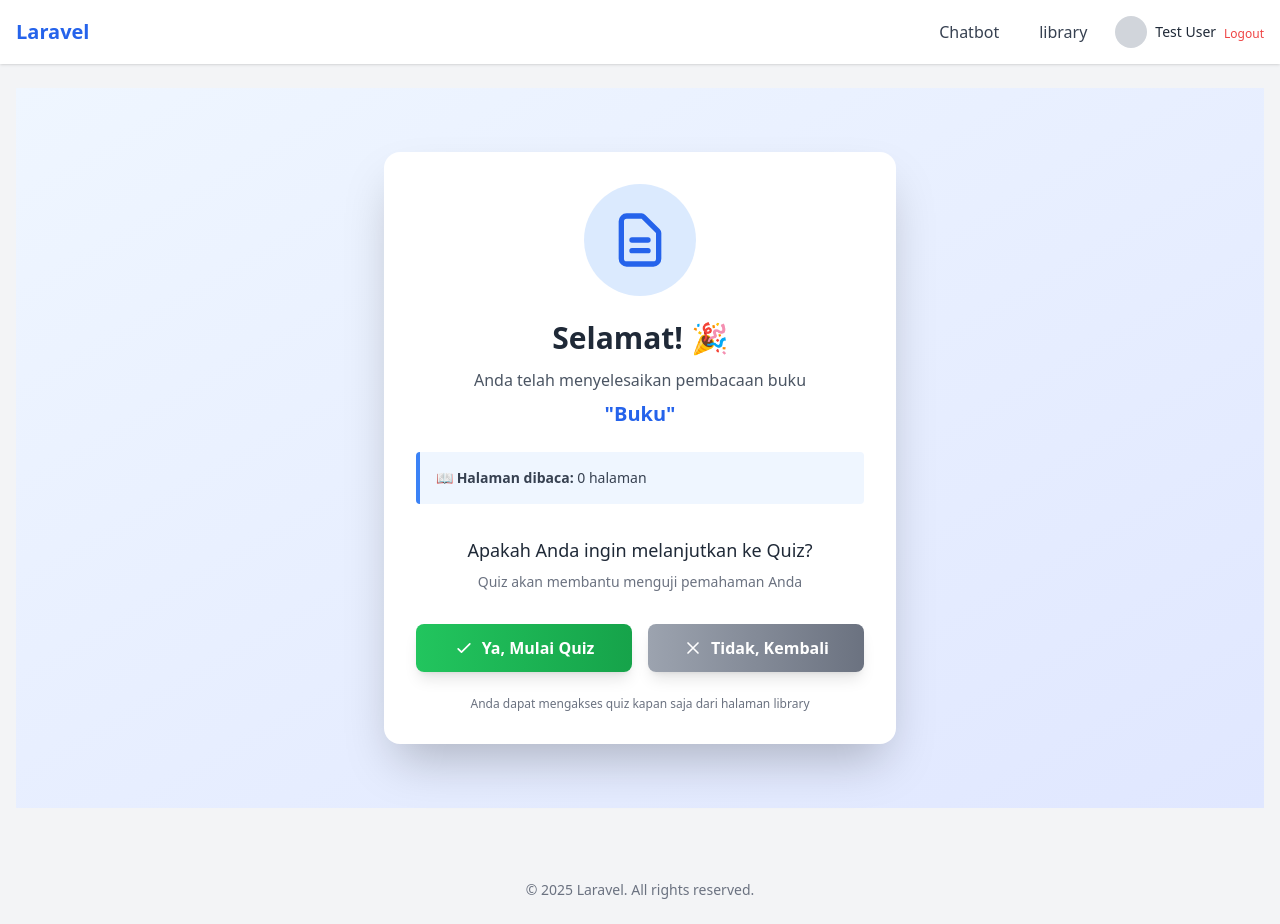
Repository: daffa-alif/lomba-NeuroGamy
Page: http://localhost/quiz/confirmation
The author's editor kept a copy of each file at every save. The page is drawn from the files as they stood at one save, then again after a run of saves.
The browser window is 1280 px wide. The pictures show the whole page.
Some web libraries are served in a nearby version. The page is served by the project's Laravel application, run on PHP 8.4 with Laravel 12. A made-up administrator, Test User (test@example.com), is signed in.

Above is the page before, as saved 2025-10-02 00:35:35.

After the next 3 saves:
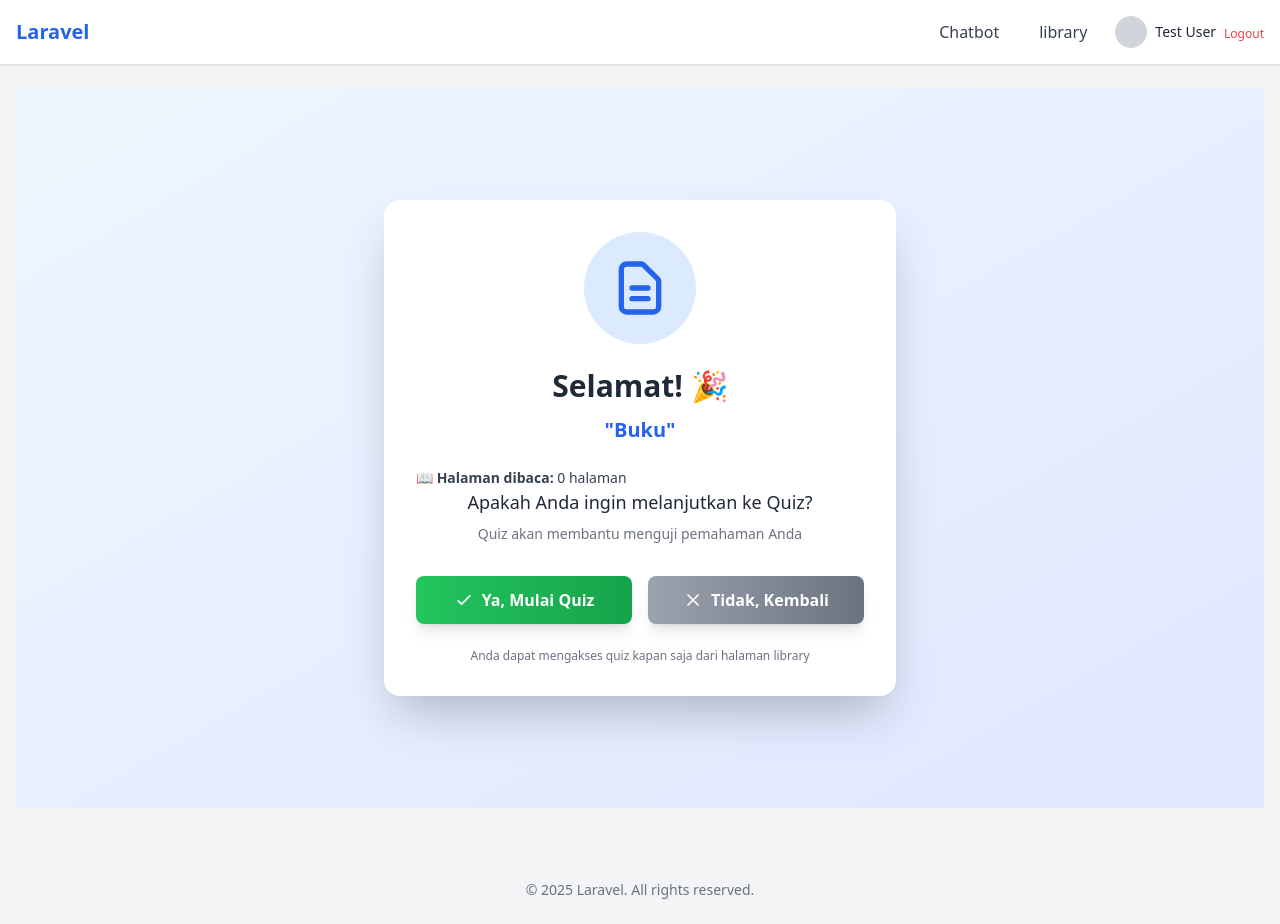
The 3 saves are shown as one change because they came seconds apart.
The last was saved 9 s later.
--- a/resources/views/quiz/confirmation.blade.php
+++ b/resources/views/quiz/confirmation.blade.php
@@ -17,20 +17,13 @@
             Selamat! 🎉
         </h1>
 
-        <!-- Message -->
-        <p class="text-center text-gray-600 mb-2">
-            Anda telah menyelesaikan pembacaan buku
-        </p>
-        <p class="text-center text-xl font-semibold text-blue-600 mb-6">
-            "{{ $book->book_title ?? 'Buku' }}"
-        </p>
+   <p class="text-center text-xl font-semibold text-blue-600 mb-6">
+    "{{ $book->book_title ?? 'Buku' }}"
+</p>
 
-        <!-- Info Box -->
-        <div class="bg-blue-50 border-l-4 border-blue-500 p-4 mb-8 rounded">
-            <p class="text-sm text-gray-700">
-                <span class="font-semibold">📖 Halaman dibaca:</span> {{ $pagesRead ?? 0 }} halaman
-            </p>
-        </div>
+<p class="text-sm text-gray-700">
+    <span class="font-semibold">📖 Halaman dibaca:</span> {{ $pagesRead ?? 0 }} halaman
+</p>
 
         <!-- Question -->
         <div class="text-center mb-8">
